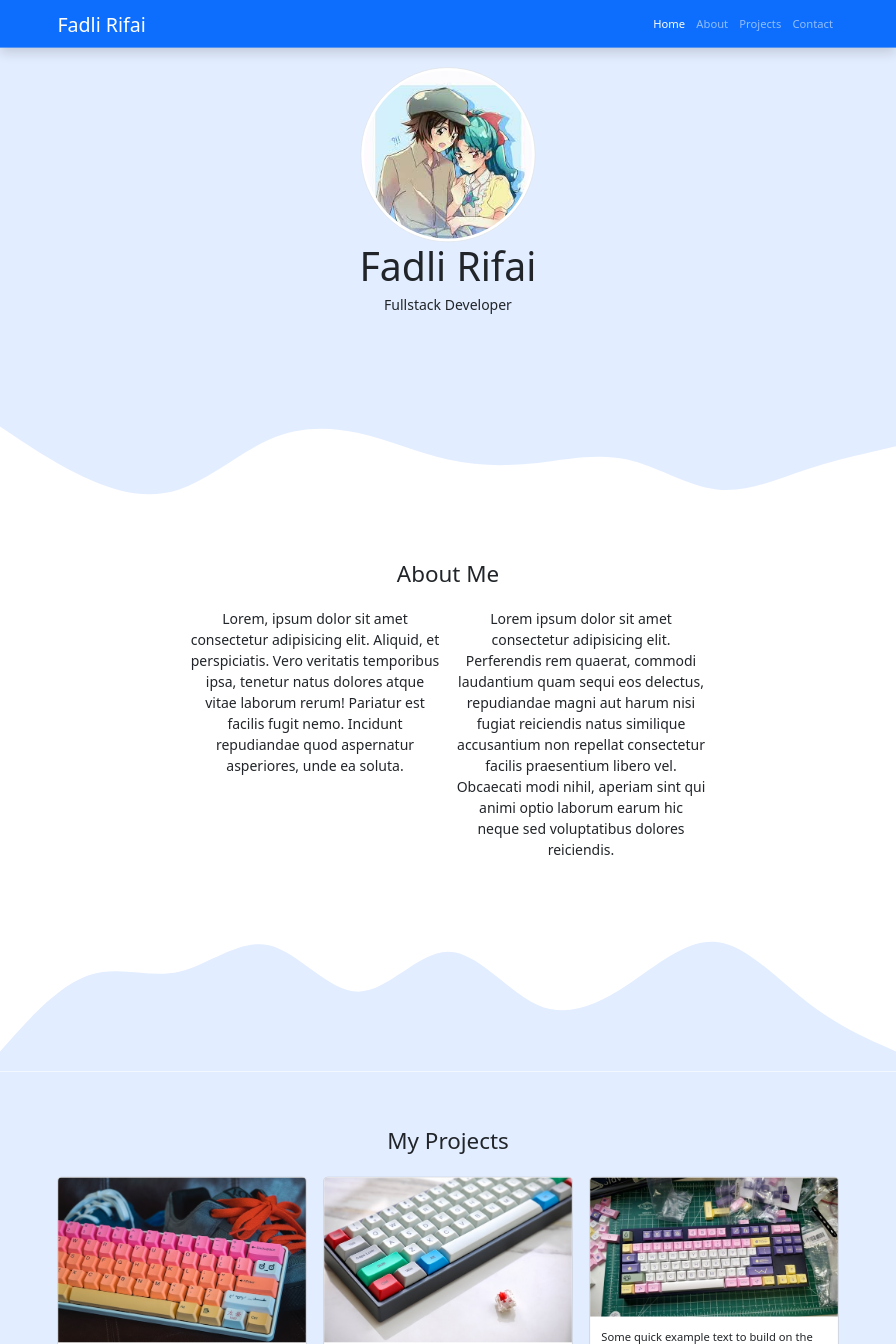
Repository: fadlyyy/fadli-dev.github.io
Page: index.html
The author's editor kept a copy of each file at every save. The page is drawn from the files as they stood at one save, then again after the next save.
The browser window is 1280 px wide. The pictures show the part of the page from y = 0 to 1920 px (the page is 3541 px tall), at 70% of full size.

Above is the page before, as saved 2024-01-19 18:24:28.

### index.html
<!DOCTYPE html>
<html lang="en">
  <head>
    <meta charset="utf-8" />
    <meta name="viewport" content="width=device-width, initial-scale=1" />
    <title>Bootstrap demo</title>
    <link href="https://cdn.jsdelivr.net/npm/bootstrap@5.2.3/dist/css/bootstrap.min.css" rel="stylesheet" integrity="sha384-rbsA2VBKQhggwzxH7pPCaAqO46MgnOM80zW1RWuH61DGLwZJEdK2Kadq2F9CUG65" crossorigin="anonymous" />

    <!-- Bootstrap Icons -->
    <link rel="stylesheet" href="https://cdn.jsdelivr.net/npm/bootstrap-icons@1.11.3/font/bootstrap-icons.min.css" />

    <!-- My styles css -->
    <link rel="stylesheet" href="style.css" />
  </head>
  <body id="home">
    <!-- Navbar -->
    <nav class="navbar navbar-expand-lg navbar-dark bg-primary shadow fixed-top">
      <div class="container">
        <a class="navbar-brand fs-3" href="#">Fadli Rifai</a>
        <button class="navbar-toggler" type="button" data-bs-toggle="collapse" data-bs-target="#navbarNav" aria-controls="navbarNav" aria-expanded="false" aria-label="Toggle navigation">
          <span class="navbar-toggler-icon"></span>
        </button>
        <div class="collapse navbar-collapse" id="navbarNav">
          <ul class="navbar-nav ms-auto">
            <li class="nav-item">
              <a class="nav-link active" aria-current="page" href="#home">Home</a>
            </li>
            <li class="nav-item">
              <a class="nav-link" href="#about">About</a>
            </li>
            <li class="nav-item">
              <a class="nav-link" href="#projects">Projects</a>
            </li>
            <li class="nav-item">
              <a class="nav-link" href="#contact">Contact</a>
            </li>
          </ul>
        </div>
      </div>
    </nav>
    <!-- Navbar End -->

    <!-- Jumbotron -->
    <section class="jumbotron text-center">
      <img class="rounded-circle img-thumbnail" src="img/images.jpeg" alt="" width="250" />
      <h1 class="display-4">Fadli Rifai</h1>
      <p class="lead">Fullstack Developer</p>
      <svg xmlns="http://www.w3.org/2000/svg" viewBox="0 0 1440 320">
        <path
          fill="#ffffff"
          fill-opacity="1"
          d="M0,160L24,176C48,192,96,224,144,245.3C192,267,240,277,288,261.3C336,245,384,203,432,181.3C480,160,528,160,576,170.7C624,181,672,203,720,213.3C768,224,816,224,864,218.7C912,213,960,203,1008,213.3C1056,224,1104,256,1152,261.3C1200,267,1248,245,1296,229.3C1344,213,1392,203,1416,197.3L1440,192L1440,320L1416,320C1392,320,1344,320,1296,320C1248,320,1200,320,1152,320C1104,320,1056,320,1008,320C960,320,912,320,864,320C816,320,768,320,720,320C672,320,624,320,576,320C528,320,480,320,432,320C384,320,336,320,288,320C240,320,192,320,144,320C96,320,48,320,24,320L0,320Z"
        ></path>
      </svg>
    </section>
    <!-- Jumbotron End -->

    <!-- About -->
    <section id="about">
      <div class="container">
        <div class="row text-center mb-4">
          <div class="col">
            <h2>About Me</h2>
          </div>
        </div>
        <div class="row justify-content-center fs-5 text-center">
          <div class="col-md-4">
            <p class="">
              Lorem, ipsum dolor sit amet consectetur adipisicing elit. Aliquid, et perspiciatis. Vero veritatis temporibus ipsa, tenetur natus dolores atque vitae laborum rerum! Pariatur est facilis fugit nemo. Incidunt repudiandae quod
              aspernatur asperiores, unde ea soluta.
            </p>
          </div>
          <div class="col-md-4">
            <p>
              Lorem ipsum dolor sit amet consectetur adipisicing elit. Perferendis rem quaerat, commodi laudantium quam sequi eos delectus, repudiandae magni aut harum nisi fugiat reiciendis natus similique accusantium non repellat
              consectetur facilis praesentium libero vel. Obcaecati modi nihil, aperiam sint qui animi optio laborum earum hic neque sed voluptatibus dolores reiciendis.
            </p>
          </div>
        </div>
      </div>
      <svg xmlns="http://www.w3.org/2000/svg" viewBox="0 0 1440 320">
        <path
          fill="#e2edff"
          fill-opacity="1"
          d="M0,288L24,261.3C48,235,96,181,144,165.3C192,149,240,171,288,160C336,149,384,107,432,117.3C480,128,528,192,576,192C624,192,672,128,720,128C768,128,816,192,864,213.3C912,235,960,213,1008,181.3C1056,149,1104,107,1152,112C1200,117,1248,171,1296,208C1344,245,1392,267,1416,277.3L1440,288L1440,320L1416,320C1392,320,1344,320,1296,320C1248,320,1200,320,1152,320C1104,320,1056,320,1008,320C960,320,912,320,864,320C816,320,768,320,720,320C672,320,624,320,576,320C528,320,480,320,432,320C384,320,336,320,288,320C240,320,192,320,144,320C96,320,48,320,24,320L0,320Z"
        ></path>
      </svg>
    </section>
    <!-- About End -->

    <!-- Section Projects -->
    <section id="projects">
      <div class="container">
        <div class="row mb-4">
          <div class="col text-center">
            <h2>My Projects</h2>
          </div>
        </div>
        <div class="row justify-content-center">
          <div class="col-md-4 mb-3 child">
            <div class="card">
              <img src="img/projects/Projects1.jpg" class="card-img-top" alt="..." />
              <div class="card-body">
                <p class="card-text">Some quick example text to build on the card title and make up the bulk of the card's content.</p>
              </div>
            </div>
          </div>
          <div class="col-md-4 mb-3 child">
            <div class="card">
              <img src="img/projects/Projects2.jpg" class="card-img-top" alt="..." />
              <div class="card-body">
                <p class="card-text">Some quick example text to build on the card title and make up the bulk of the card's content.</p>
              </div>
            </div>
          </div>
          <div class="col-md-4 mb-3 child">
            <div class="card">
              <img src="img/projects/Projects3.jpg" class="card-img-top" alt="..." />
              <div class="card-body">
                <p class="card-text">Some quick example text to build on the card title and make up the bulk of the card's content.</p>
              </div>
            </div>
          </div>
          <div class="col-md-4 mb-3 child">
            <div class="card">
              <img src="img/projects/Projects4.jpg" class="card-img-top" alt="..." />
              <div class="card-body">
                <p class="card-text">Some quick example text to build on the card title and make up the bulk of the card's content.</p>
              </div>
            </div>
          </div>
          <div class="col-md-4 mb-3 child">
            <div class="card">
              <img src="img/projects/Projects5.jpg" class="card-img-top" alt="..." />
              <div class="card-body">
                <p class="card-text">Some quick example text to build on the card title and make up the bulk of the card's content.</p>
              </div>
            </div>
          </div>
        </div>
      </div>
      <svg xmlns="http://www.w3.org/2000/svg" viewBox="0 0 1440 320">
        <path
          fill="#fff"
          fill-opacity="1"
          d="M0,192L48,197.3C96,203,192,213,288,192C384,171,480,117,576,128C672,139,768,213,864,229.3C960,245,1056,203,1152,197.3C1248,192,1344,224,1392,240L1440,256L1440,320L1392,320C1344,320,1248,320,1152,320C1056,320,960,320,864,320C768,320,672,320,576,320C480,320,384,320,288,320C192,320,96,320,48,320L0,320Z"
        ></path>
      </svg>
    </section>
    <!-- End Section Projects -->

    <!-- Contact -->
    <section id="contact">
      <div class="container">
        <div class="row text-center mb-3">
          <div class="col">
            <h2>Contact Me</h2>
          </div>
        </div>
        <div class="row justify-content-center">
          <div class="col-md-6">
            <form>
              <div class="mb-3">
                <label for="name" class="form-label">Name</label>
                <input type="text" class="form-control" id="name" aria-describedby="name" />
              </div>
              <div class="mb-3">
                <label for="email" class="form-label">Email Address</label>
                <input type="email" class="form-control" id="email" aria-describedby="email" />
              </div>
              <div class="mb-3">
                <label for="message" class="form-label">Message</label>
                <textarea class="form-control" id="message" rows="3"></textarea>
              </div>
              <button type="submit" class="btn btn-primary">Send Message</button>
            </form>
          </div>
        </div>
      </div>
      <svg xmlns="http://www.w3.org/2000/svg" viewBox="0 0 1440 320">
        <path
          fill="#0d6efd"
          fill-opacity="1"
          d="M0,96L30,117.3C60,139,120,181,180,218.7C240,256,300,288,360,288C420,288,480,256,540,240C600,224,660,224,720,229.3C780,235,840,245,900,224C960,203,1020,149,1080,144C1140,139,1200,181,1260,176C1320,171,1380,117,1410,90.7L1440,64L1440,320L1410,320C1380,320,1320,320,1260,320C1200,320,1140,320,1080,320C1020,320,960,320,900,320C840,320,780,320,720,320C660,320,600,320,540,320C480,320,420,320,360,320C300,320,240,320,180,320C120,320,60,320,30,320L0,320Z"
        ></path>
      </svg>
    </section>
    <!-- End Contact -->

    <!-- Footer -->
    <footer class="bg-primary text-center pb-5">
      <p class="text-white">Created with <i class="bi bi-heart-pulse-fill text-danger"></i> by <a href="#" class="fw-bold text-white fst-italic">Fadli Rifai</a></p>
    </footer>
    <!-- Footer End -->

    <script src="https://cdn.jsdelivr.net/npm/bootstrap@5.2.3/dist/js/bootstrap.bundle.min.js" integrity="sha384-kenU1KFdBIe4zVF0s0G1M5b4hcpxyD9F7jL+jjXkk+Q2h455rYXK/7HAuoJl+0I4" crossorigin="anonymous"></script>
  </body>
</html>

### style.css
.jumbotron {
  padding-top: 6rem;
  background-color: #e2edff;
  height: 100vh;
}

#projects {
  background-color: #e2edff;
}

#projects .child {
  transition: all 0.2s ease-in-out;
  /* box-shadow: 2px 10px 5px rgba(0, 0, 0, 0.2); */
}

#projects .child:hover {
  scale: 1.04;
}

section {
  padding-top: 5rem;
}

After the next save:
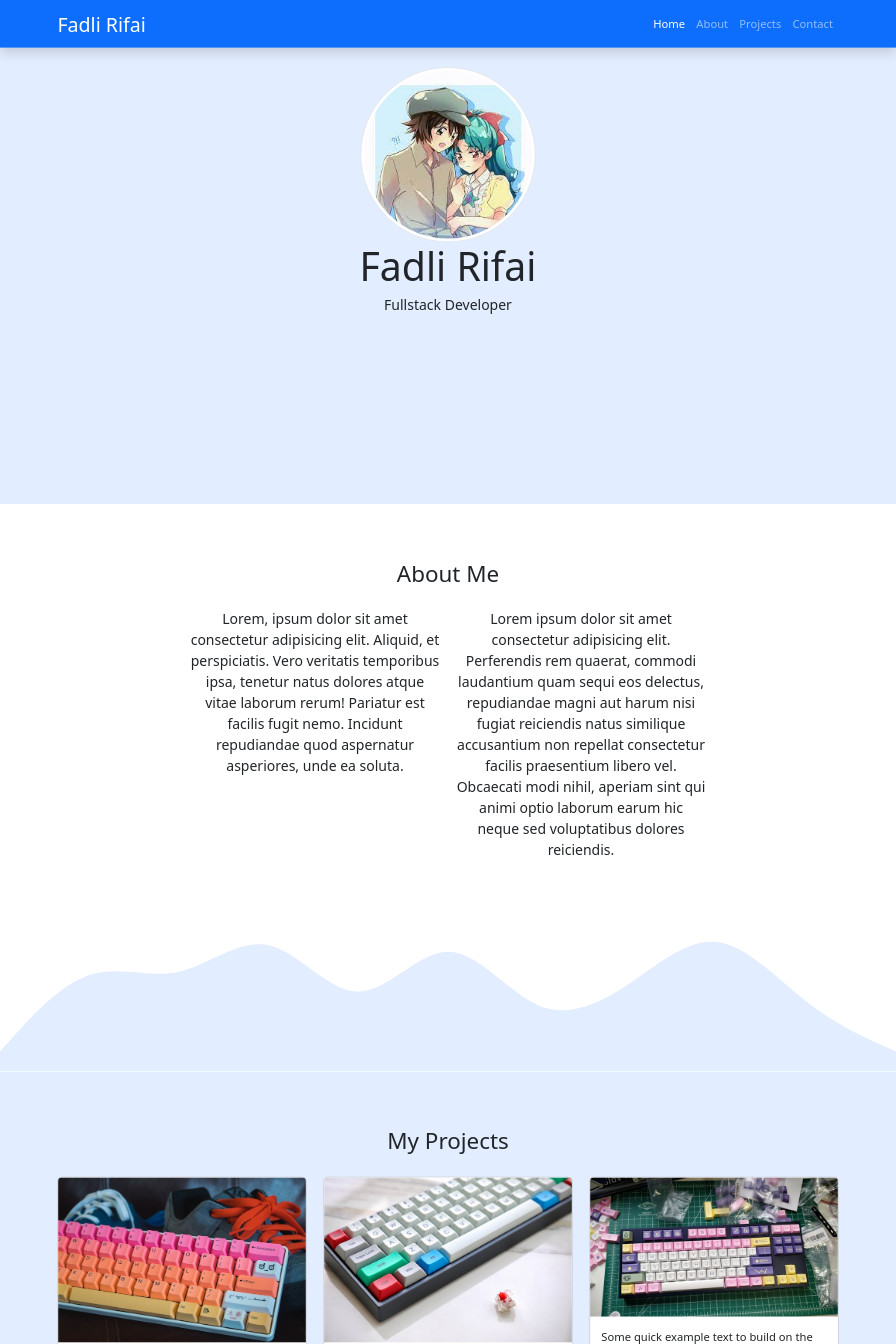
Saved 53 s later.
--- a/index.html
+++ b/index.html
@@ -45,13 +45,13 @@
       <img class="rounded-circle img-thumbnail" src="img/images.jpeg" alt="" width="250" />
       <h1 class="display-4">Fadli Rifai</h1>
       <p class="lead">Fullstack Developer</p>
-      <svg xmlns="http://www.w3.org/2000/svg" viewBox="0 0 1440 320">
+      <!-- <svg xmlns="http://www.w3.org/2000/svg" viewBox="0 0 1440 320">
         <path
           fill="#ffffff"
           fill-opacity="1"
           d="M0,160L24,176C48,192,96,224,144,245.3C192,267,240,277,288,261.3C336,245,384,203,432,181.3C480,160,528,160,576,170.7C624,181,672,203,720,213.3C768,224,816,224,864,218.7C912,213,960,203,1008,213.3C1056,224,1104,256,1152,261.3C1200,267,1248,245,1296,229.3C1344,213,1392,203,1416,197.3L1440,192L1440,320L1416,320C1392,320,1344,320,1296,320C1248,320,1200,320,1152,320C1104,320,1056,320,1008,320C960,320,912,320,864,320C816,320,768,320,720,320C672,320,624,320,576,320C528,320,480,320,432,320C384,320,336,320,288,320C240,320,192,320,144,320C96,320,48,320,24,320L0,320Z"
         ></path>
-      </svg>
+      </svg> -->
     </section>
     <!-- Jumbotron End -->
 

After the save that followed:
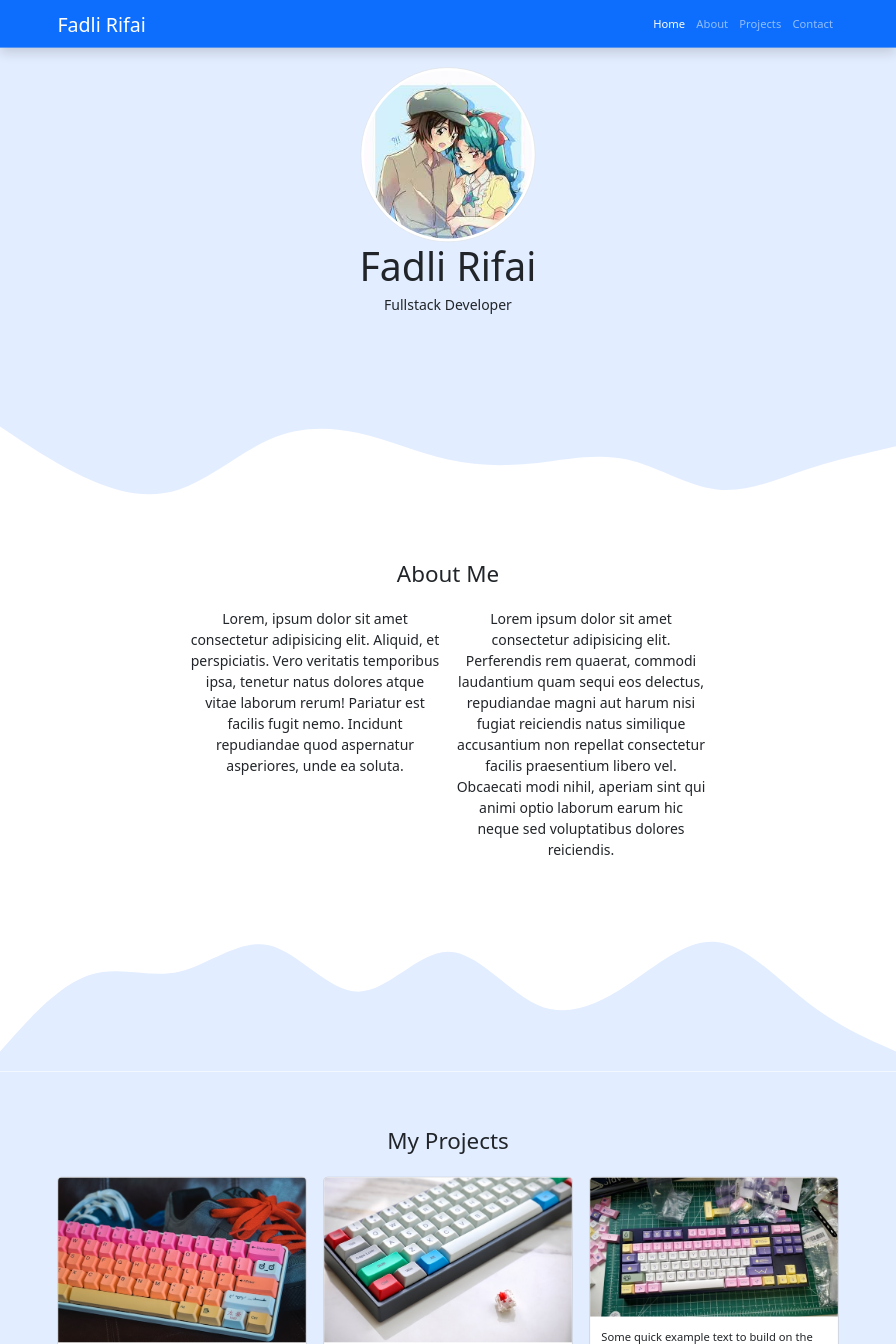
Saved 5 s later.
--- a/index.html
+++ b/index.html
@@ -45,13 +45,13 @@
       <img class="rounded-circle img-thumbnail" src="img/images.jpeg" alt="" width="250" />
       <h1 class="display-4">Fadli Rifai</h1>
       <p class="lead">Fullstack Developer</p>
-      <!-- <svg xmlns="http://www.w3.org/2000/svg" viewBox="0 0 1440 320">
+      <svg xmlns="http://www.w3.org/2000/svg" viewBox="0 0 1440 320">
         <path
           fill="#ffffff"
           fill-opacity="1"
           d="M0,160L24,176C48,192,96,224,144,245.3C192,267,240,277,288,261.3C336,245,384,203,432,181.3C480,160,528,160,576,170.7C624,181,672,203,720,213.3C768,224,816,224,864,218.7C912,213,960,203,1008,213.3C1056,224,1104,256,1152,261.3C1200,267,1248,245,1296,229.3C1344,213,1392,203,1416,197.3L1440,192L1440,320L1416,320C1392,320,1344,320,1296,320C1248,320,1200,320,1152,320C1104,320,1056,320,1008,320C960,320,912,320,864,320C816,320,768,320,720,320C672,320,624,320,576,320C528,320,480,320,432,320C384,320,336,320,288,320C240,320,192,320,144,320C96,320,48,320,24,320L0,320Z"
         ></path>
-      </svg> -->
+      </svg>
     </section>
     <!-- Jumbotron End -->
 
